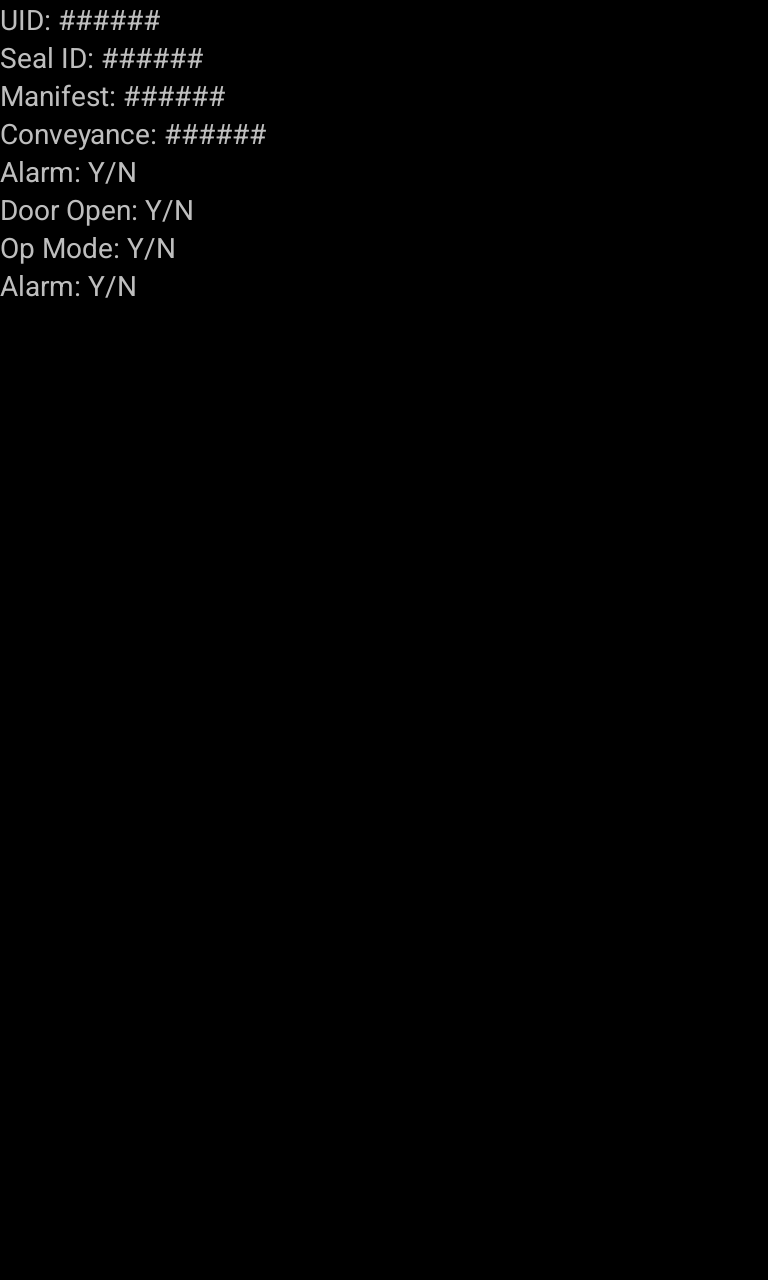
Repository: sergioenriquez/CSTE
Layout: HNAD/res/layout/devinfotab.xml
These files come from the project's save history. The layout is drawn as it stood at one moment and after the next save; the edit follows.
It is drawn on a 768 x 1280 px phone screen (xhdpi) without system bars, with theme android:Theme.NoTitleBar; the app's code is not run.

Above is the layout before, as saved 2011-12-19 06:42:40.

### HNAD/res/layout/devinfotab.xml
<?xml version="1.0" encoding="utf-8"?>
<LinearLayout xmlns:android="http://schemas.android.com/apk/res/android"
    android:layout_width="match_parent"
    android:layout_height="match_parent"
    android:orientation="horizontal" >
<LinearLayout xmlns:android="http://schemas.android.com/apk/res/android"
    android:layout_width="match_parent"
    android:layout_height="match_parent"
    android:orientation="vertical" >
    <TextView
        android:text="UID: ######"
	    android:layout_width="wrap_content"
	    android:layout_height="wrap_content"/>
    <TextView
        android:text="Seal ID: ######"
	    android:layout_width="wrap_content"
	    android:layout_height="wrap_content"/>
    <TextView
        android:text="Manifest: ######"
	    android:layout_width="wrap_content"
	    android:layout_height="wrap_content"/>
    <TextView
        android:text="Conveyance: ######"
	    android:layout_width="wrap_content"
	    android:layout_height="wrap_content"/>
	<TextView
        android:text="Alarm: Y/N"
	    android:layout_width="wrap_content"
	    android:layout_height="wrap_content"/>
	<TextView
        android:text="Door Open: Y/N"
	    android:layout_width="wrap_content"
	    android:layout_height="wrap_content"/>
	<TextView
        android:text="Op Mode: Y/N"
	    android:layout_width="wrap_content"
	    android:layout_height="wrap_content"/>
	<TextView
        android:text="Alarm: Y/N"
	    android:layout_width="wrap_content"
	    android:layout_height="wrap_content"/>
</LinearLayout>
<LinearLayout xmlns:android="http://schemas.android.com/apk/res/android"
    android:layout_width="match_parent"
    android:layout_height="match_parent"
    android:orientation="vertical" >
    <TextView
        android:text="UID: ######"
	    android:layout_width="wrap_content"
	    android:layout_height="wrap_content"/>
    <TextView
        android:text="Seal ID: ######"
	    android:layout_width="wrap_content"
	    android:layout_height="wrap_content"/>
    <TextView
        android:text="Manifest: ######"
	    android:layout_width="wrap_content"
	    android:layout_height="wrap_content"/>
    <TextView
        android:text="Conveyance: ######"
	    android:layout_width="wrap_content"
	    android:layout_height="wrap_content"/>
	<TextView
        android:text="Alarm: Y/N"
	    android:layout_width="wrap_content"
	    android:layout_height="wrap_content"/>
	<TextView
        android:text="Door Open: Y/N"
	    android:layout_width="wrap_content"
	    android:layout_height="wrap_content"/>
	<TextView
        android:text="Op Mode: Y/N"
	    android:layout_width="wrap_content"
	    android:layout_height="wrap_content"/>
	<TextView
        android:text="Alarm: Y/N"
	    android:layout_width="wrap_content"
	    android:layout_height="wrap_content"/>
</LinearLayout>
</LinearLayout>

After the next save:
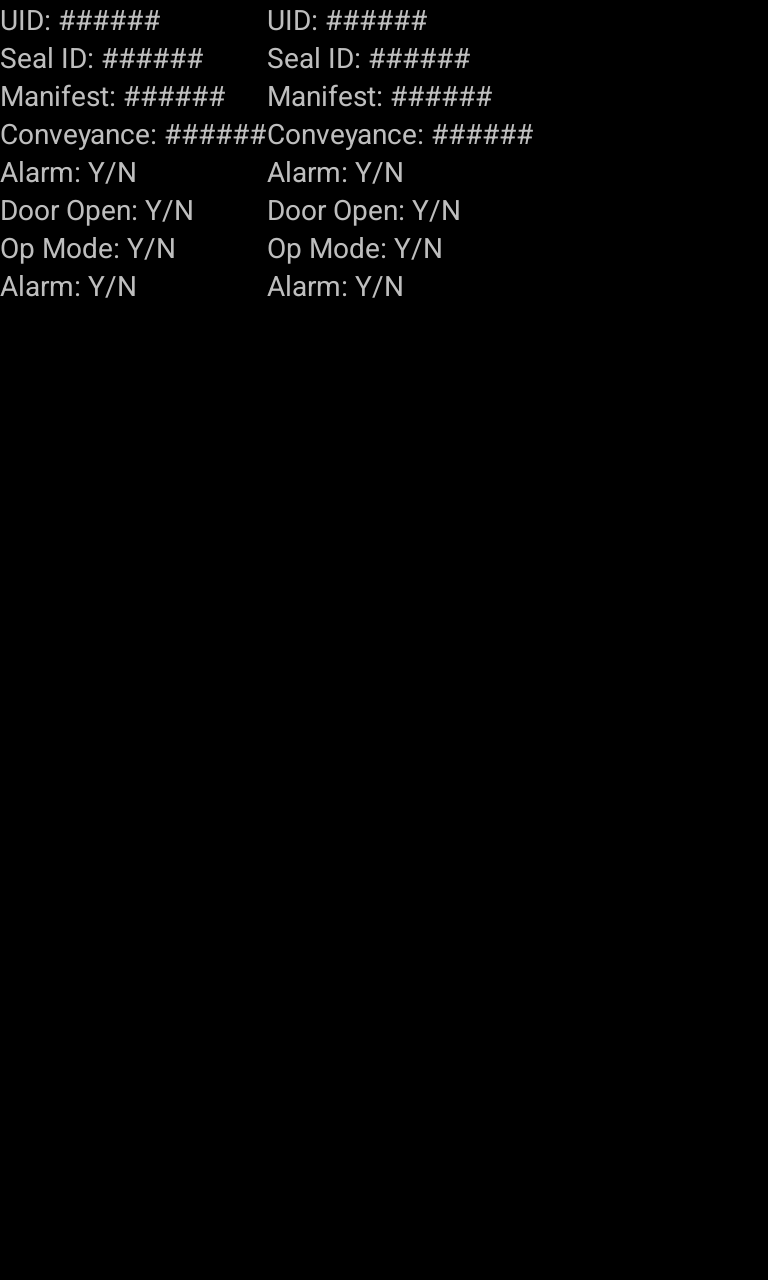
Saved 37 s later.
--- a/HNAD/res/layout/devinfotab.xml
+++ b/HNAD/res/layout/devinfotab.xml
@@ -3,78 +3,78 @@
     android:layout_width="match_parent"
     android:layout_height="match_parent"
     android:orientation="horizontal" >
-<LinearLayout xmlns:android="http://schemas.android.com/apk/res/android"
-    android:layout_width="match_parent"
-    android:layout_height="match_parent"
-    android:orientation="vertical" >
-    <TextView
-        android:text="UID: ######"
+	<LinearLayout xmlns:android="http://schemas.android.com/apk/res/android"
 	    android:layout_width="wrap_content"
-	    android:layout_height="wrap_content"/>
-    <TextView
-        android:text="Seal ID: ######"
-	    android:layout_width="wrap_content"
-	    android:layout_height="wrap_content"/>
-    <TextView
-        android:text="Manifest: ######"
-	    android:layout_width="wrap_content"
-	    android:layout_height="wrap_content"/>
-    <TextView
-        android:text="Conveyance: ######"
-	    android:layout_width="wrap_content"
-	    android:layout_height="wrap_content"/>
-	<TextView
-        android:text="Alarm: Y/N"
-	    android:layout_width="wrap_content"
-	    android:layout_height="wrap_content"/>
-	<TextView
-        android:text="Door Open: Y/N"
-	    android:layout_width="wrap_content"
-	    android:layout_height="wrap_content"/>
-	<TextView
-        android:text="Op Mode: Y/N"
-	    android:layout_width="wrap_content"
-	    android:layout_height="wrap_content"/>
-	<TextView
-        android:text="Alarm: Y/N"
-	    android:layout_width="wrap_content"
-	    android:layout_height="wrap_content"/>
+	    android:layout_height="match_parent"
+	    android:orientation="vertical" >
+	    <TextView
+	        android:text="UID: ######"
+		    android:layout_width="wrap_content"
+		    android:layout_height="wrap_content"/>
+	    <TextView
+	        android:text="Seal ID: ######"
+		    android:layout_width="wrap_content"
+		    android:layout_height="wrap_content"/>
+	    <TextView
+	        android:text="Manifest: ######"
+		    android:layout_width="wrap_content"
+		    android:layout_height="wrap_content"/>
+	    <TextView
+	        android:text="Conveyance: ######"
+		    android:layout_width="wrap_content"
+		    android:layout_height="wrap_content"/>
+		<TextView
+	        android:text="Alarm: Y/N"
+		    android:layout_width="wrap_content"
+		    android:layout_height="wrap_content"/>
+		<TextView
+	        android:text="Door Open: Y/N"
+		    android:layout_width="wrap_content"
+		    android:layout_height="wrap_content"/>
+		<TextView
+	        android:text="Op Mode: Y/N"
+		    android:layout_width="wrap_content"
+		    android:layout_height="wrap_content"/>
+		<TextView
+	        android:text="Alarm: Y/N"
+		    android:layout_width="wrap_content"
+		    android:layout_height="wrap_content"/>
+	</LinearLayout>
+	<LinearLayout xmlns:android="http://schemas.android.com/apk/res/android"
+	    android:layout_width="match_parent"
+	    android:layout_height="match_parent"
+	    android:orientation="vertical" >
+	    <TextView
+	        android:text="UID: ######"
+		    android:layout_width="wrap_content"
+		    android:layout_height="wrap_content"/>
+	    <TextView
+	        android:text="Seal ID: ######"
+		    android:layout_width="wrap_content"
+		    android:layout_height="wrap_content"/>
+	    <TextView
+	        android:text="Manifest: ######"
+		    android:layout_width="wrap_content"
+		    android:layout_height="wrap_content"/>
+	    <TextView
+	        android:text="Conveyance: ######"
+		    android:layout_width="wrap_content"
+		    android:layout_height="wrap_content"/>
+		<TextView
+	        android:text="Alarm: Y/N"
+		    android:layout_width="wrap_content"
+		    android:layout_height="wrap_content"/>
+		<TextView
+	        android:text="Door Open: Y/N"
+		    android:layout_width="wrap_content"
+		    android:layout_height="wrap_content"/>
+		<TextView
+	        android:text="Op Mode: Y/N"
+		    android:layout_width="wrap_content"
+		    android:layout_height="wrap_content"/>
+		<TextView
+	        android:text="Alarm: Y/N"
+		    android:layout_width="wrap_content"
+		    android:layout_height="wrap_content"/>
+	</LinearLayout>
 </LinearLayout>
-<LinearLayout xmlns:android="http://schemas.android.com/apk/res/android"
-    android:layout_width="match_parent"
-    android:layout_height="match_parent"
-    android:orientation="vertical" >
-    <TextView
-        android:text="UID: ######"
-	    android:layout_width="wrap_content"
-	    android:layout_height="wrap_content"/>
-    <TextView
-        android:text="Seal ID: ######"
-	    android:layout_width="wrap_content"
-	    android:layout_height="wrap_content"/>
-    <TextView
-        android:text="Manifest: ######"
-	    android:layout_width="wrap_content"
-	    android:layout_height="wrap_content"/>
-    <TextView
-        android:text="Conveyance: ######"
-	    android:layout_width="wrap_content"
-	    android:layout_height="wrap_content"/>
-	<TextView
-        android:text="Alarm: Y/N"
-	    android:layout_width="wrap_content"
-	    android:layout_height="wrap_content"/>
-	<TextView
-        android:text="Door Open: Y/N"
-	    android:layout_width="wrap_content"
-	    android:layout_height="wrap_content"/>
-	<TextView
-        android:text="Op Mode: Y/N"
-	    android:layout_width="wrap_content"
-	    android:layout_height="wrap_content"/>
-	<TextView
-        android:text="Alarm: Y/N"
-	    android:layout_width="wrap_content"
-	    android:layout_height="wrap_content"/>
-</LinearLayout>
-</LinearLayout>
